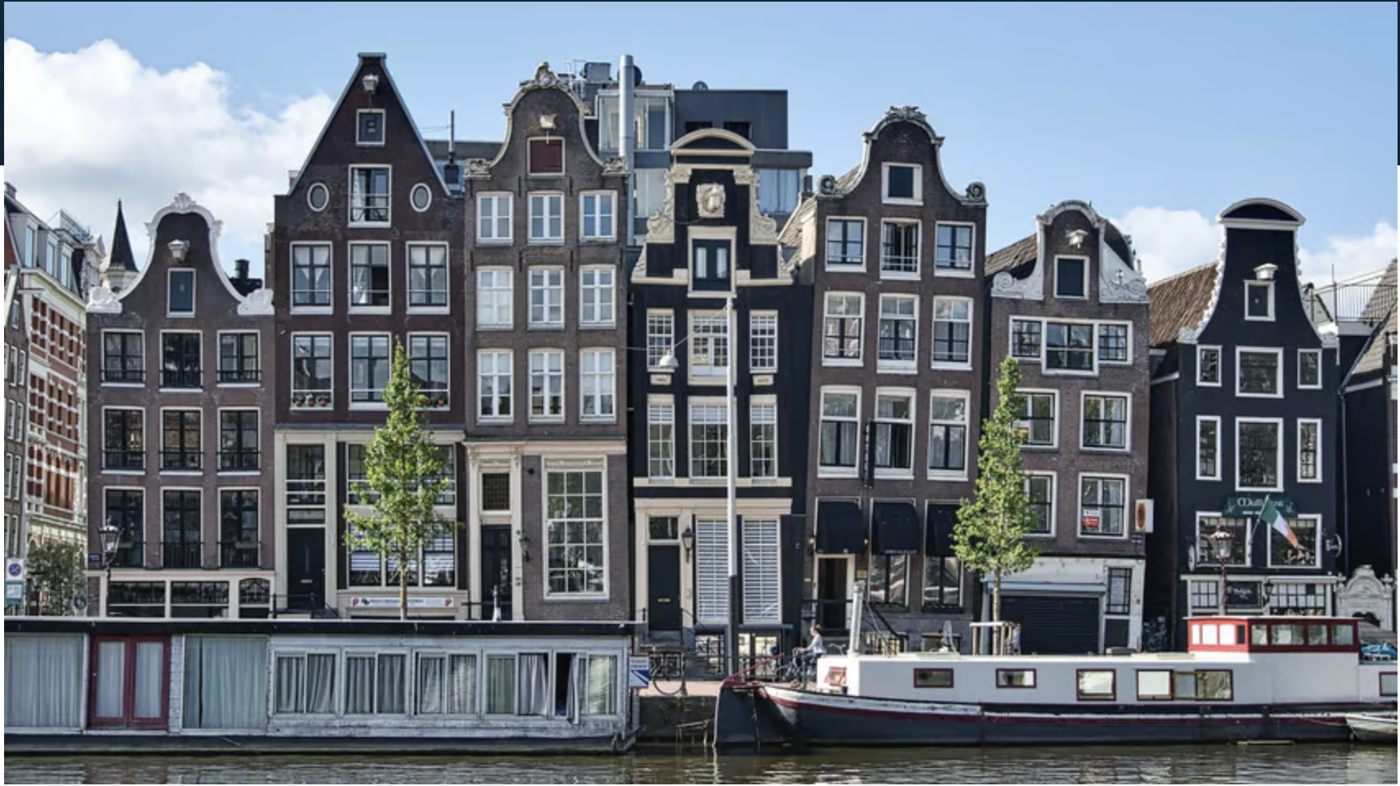
Repository: Ehye-tech/CloudResize
Script's output: python CloudResizeApp/cloudResize.py
These files come from the project's save history. The script's output is drawn as it stood at one moment and after the next save; the edit follows.
Figures wider than 1,400 px are first shrunk to that width. Random numbers start from a fixed seed. It also reads CloudResizeApp/buildings.jpg.

Above is the script's output before, as saved 2024-08-10 11:57:35.

After the next save:
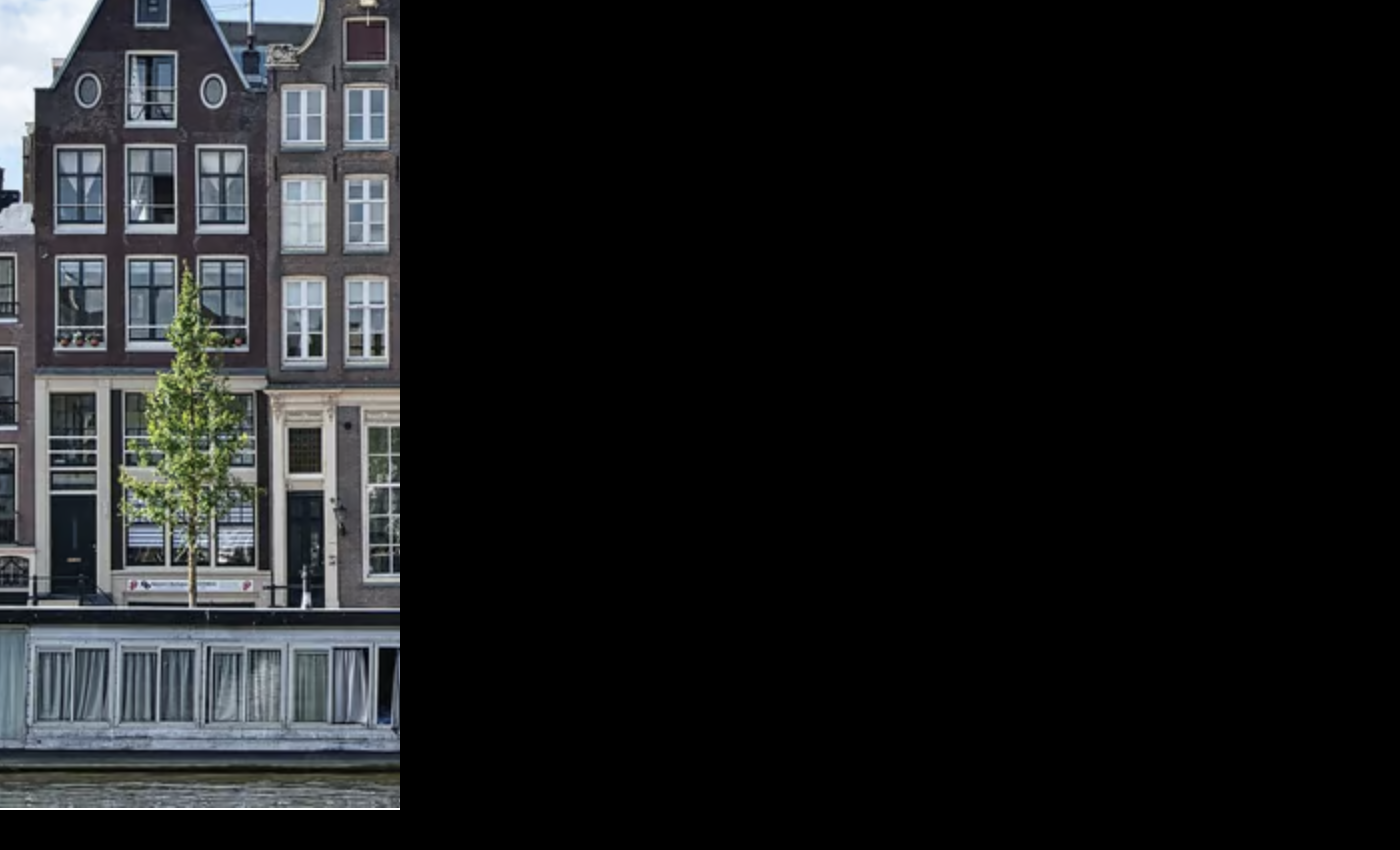
Saved 26 s later.
--- a/CloudResizeApp/cloudResize.py
+++ b/CloudResizeApp/cloudResize.py
@@ -12,5 +12,5 @@ type(img)
 # img.size
 # img.mode
 
-img.crop((300,150,700,1000))
-img.show()
+cropped = img.crop((300,150,700,1000))
+cropped.show()
